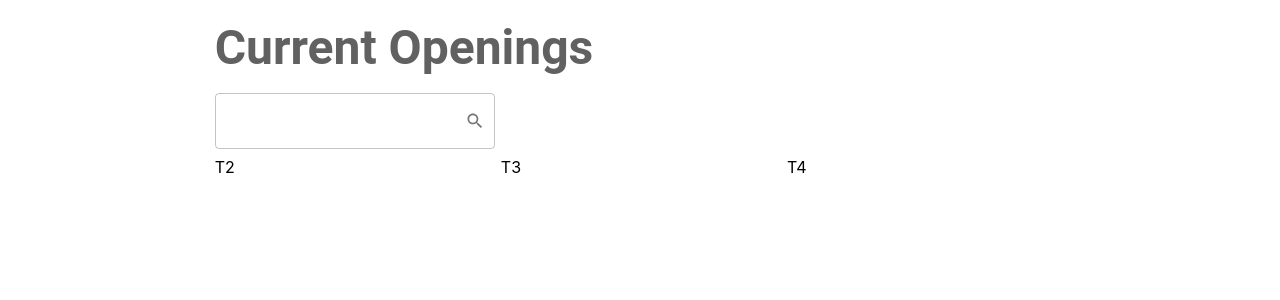
Repository: samihankuttan/technorix
Page: / (app in interview-test/)
An editor plug-in stored every save of this project. The page is shown before and after the next save, followed by the edit.
The browser window is 1280 px wide. The pictures show the whole page.
The project was rebuilt for these pictures with package versions that can differ from the ones it lists, and the page was loaded fresh each time.

Above is the page before, as saved 2022-07-20 23:00:37.

After the next save:
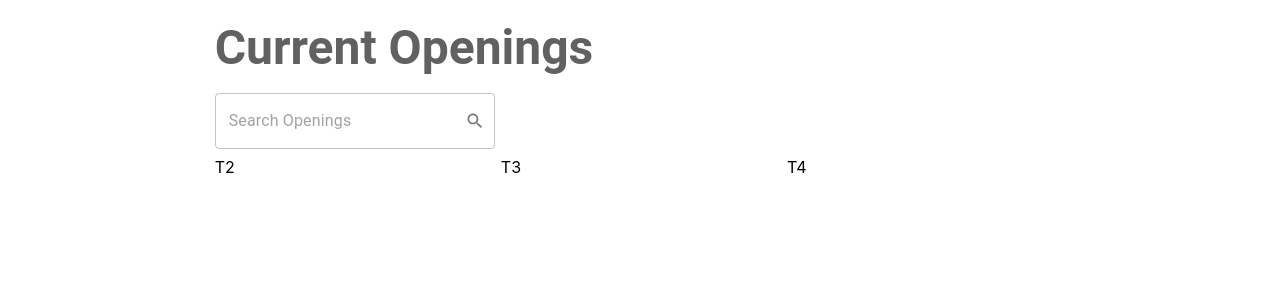
Saved 5 s later.
--- a/interview-test/src/App.js
+++ b/interview-test/src/App.js
@@ -34,7 +34,7 @@ function App() {
                <InputBox
                id="search-input"
                type="text"
-               label="Search Openings"
+               placeholder="Search Openings"
                value={values.searchInput}
                onChange={null}
                onClick={null}
